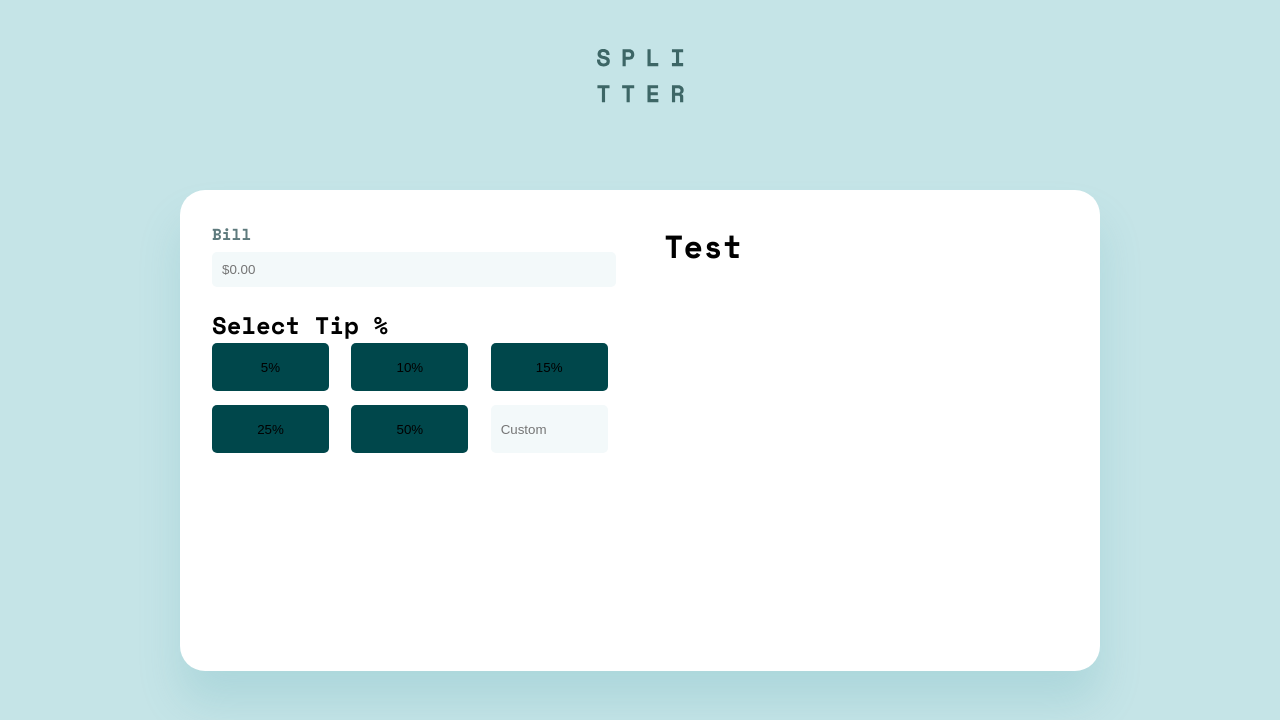
Repository: brandontaylor1/splitter
Page: index.html
These files come from the project's save history. The page is drawn as it stood at one moment and after a run of saves; the edit follows.
The browser window is 1280 px wide. The pictures show the whole page.

Above is the page before, as saved 2025-02-06 16:42:52.

### index.html
<!DOCTYPE html>
<html lang="en">
<head>
    <meta charset="UTF-8">
    <meta name="viewport" content="width=device-width, initial-scale=1.0">
    <link rel="preconnect" href="https://fonts.googleapis.com">
    <link rel="preconnect" href="https://fonts.gstatic.com" crossorigin>
    <link href="https://fonts.googleapis.com/css2?family=Space+Mono:ital,wght@0,400;0,700;1,400;1,700&display=swap" rel="stylesheet">
    <link rel="stylesheet" href="styles.css">
    <title>Splitter | Tip Calculator</title>
</head>
<body>
    <img src="./assets/images/logo.svg" id="logo-image" alt="logo image">
    <main class="container">
        <div class="left-column">
            <div class="bill-input">
                <h2>Bill</h2>
                <input type="text" id="bill-input" placeholder="$0.00">
            </div>
            <div class="tip-input">
                <h2>Select Tip %</h2>
                    <div class="tip-buttons">
                        <button class="tip-button">5%</button>
                        <button class="tip-button">10%</button>
                        <button class="tip-button">15%</button>
                        <button class="tip-button">25%</button>
                        <button class="tip-button">50%</button>
                        <input type="text" id="custom-tip" placeholder="Custom">
                    </div>
                </div>
            </div>
        <div class="right-column">
            <h1>Test</h1>
        </div>
    </main>
</body>
</html>

### styles.css
* {
    box-sizing: border-box;
    margin: 0;
    padding: 0;
}

:root {
    --background-color: #C5E4E7;
    --input-button-color: #00474B;
    --primary-white: #fff;
    --calculated-numbers-color: #26C2AE;
    --input-title-color: #5E7A7D;
    --input-background-color: #F3F9FA;
    --input-icon-color: #9EBBBD;
    --title-text-color: #3D6666;
    --custom-input-color: #547878;
}

/* UTILITY CLASSES */
.space-mono-regular {
    font-family: "Space Mono", serif;
    font-weight: 400;
    font-style: normal;
  }

  .space-mono-bold {
    font-family: "Space Mono", serif;
    font-weight: 700;
    font-style: normal;
  }

  .space-mono-regular-italic {
    font-family: "Space Mono", serif;
    font-weight: 400;
    font-style: italic;
  }

  .space-mono-bold-italic {
    font-family: "Space Mono", serif;
    font-weight: 700;
    font-style: italic;
  }


body {
    background-color: #C5E4E7;
    height: 100vh;
    width: 100%;
    display: flex;
    flex-direction: column;
    justify-content: center;
    align-items: center;
    font-family: "Space Mono", monospace;
}

#logo-image {
    margin-bottom: 87px;
}

.container {
    background-color: var(--primary-white);
    width: 920px;
    height: 481px;
    border-radius: 25px;
    box-shadow: 0px 32px 43px 0px rgba(79, 166, 175, 0.20);
    display: grid;
    gap: 48px;
    grid-template-columns: 1fr 1fr;
    padding: 32px;
}

.left-column {
    grid-column: 1 / 2;
    width: 100%;
    height: 100%;
}

.right-column {
    grid-column: 2 / 3;
    width: 100%;
    height: 100%;
    border-radius: 15px;
    background-color: var(--input-text-color);
}

input {
    width: 100%;
    padding: 10px;
    display: flex;
    flex-direction: row;
    justify-content: space-between;
    background-color: var(--input-background-color);
    border: none;
    border-radius: 5px;
    margin-bottom: 20px;
}


.bill-input h2 {
    font-size: 16px;
    color: var(--input-title-color);
    margin-bottom: 6px;
}

.tip-buttons {
    display: grid;
    grid-template-columns: repeat(3, 1fr);
    gap: 14px;

}

.tip-button {
    width: 117px;
    height: 48px;
    flex-shrink: 0;
    border: none;
    border-radius: 5px;
    background-color: #00474B;


}

#custom-tip {
    width: 117px;
    height: 48px;

}

After the next 2 saves:
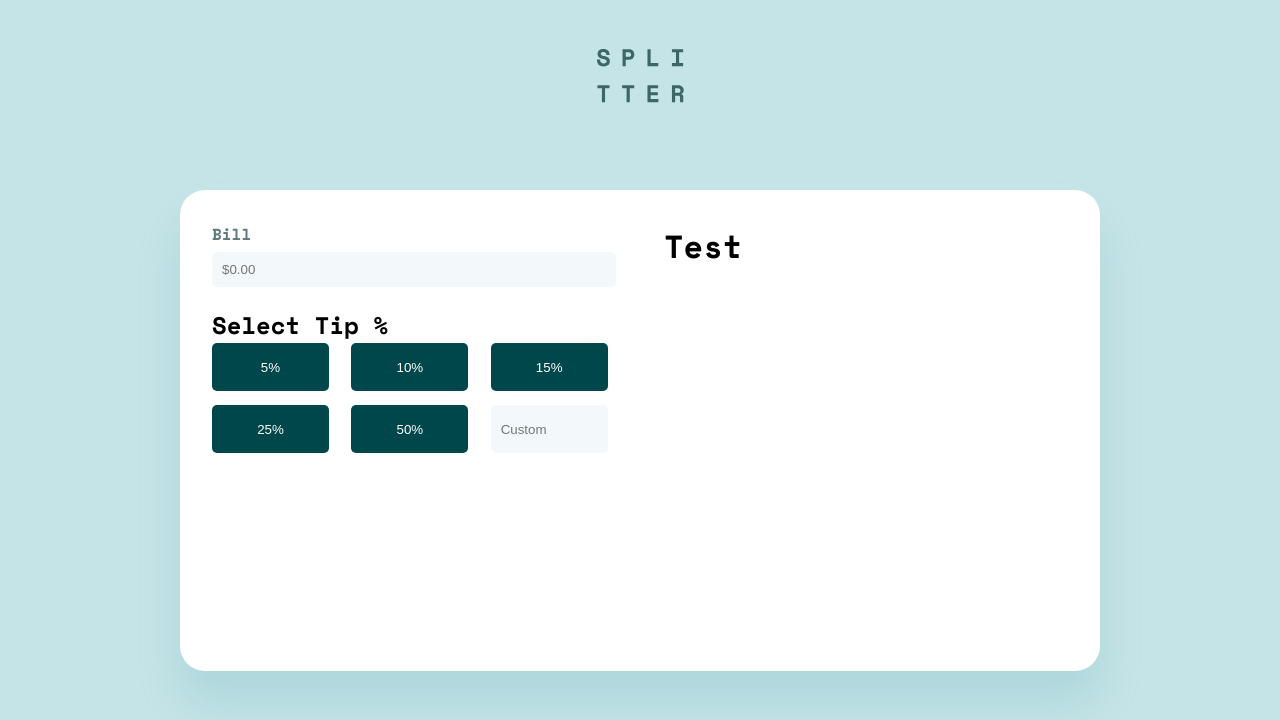
The 2 saves are shown as one change because they came seconds apart.
The last was saved 8 s later.
--- a/styles.css
+++ b/styles.css
@@ -116,6 +116,8 @@ input {
     border: none;
     border-radius: 5px;
     background-color: #00474B;
+    color: var(--primary-white);
+    font-size: ;
 
 
 }
